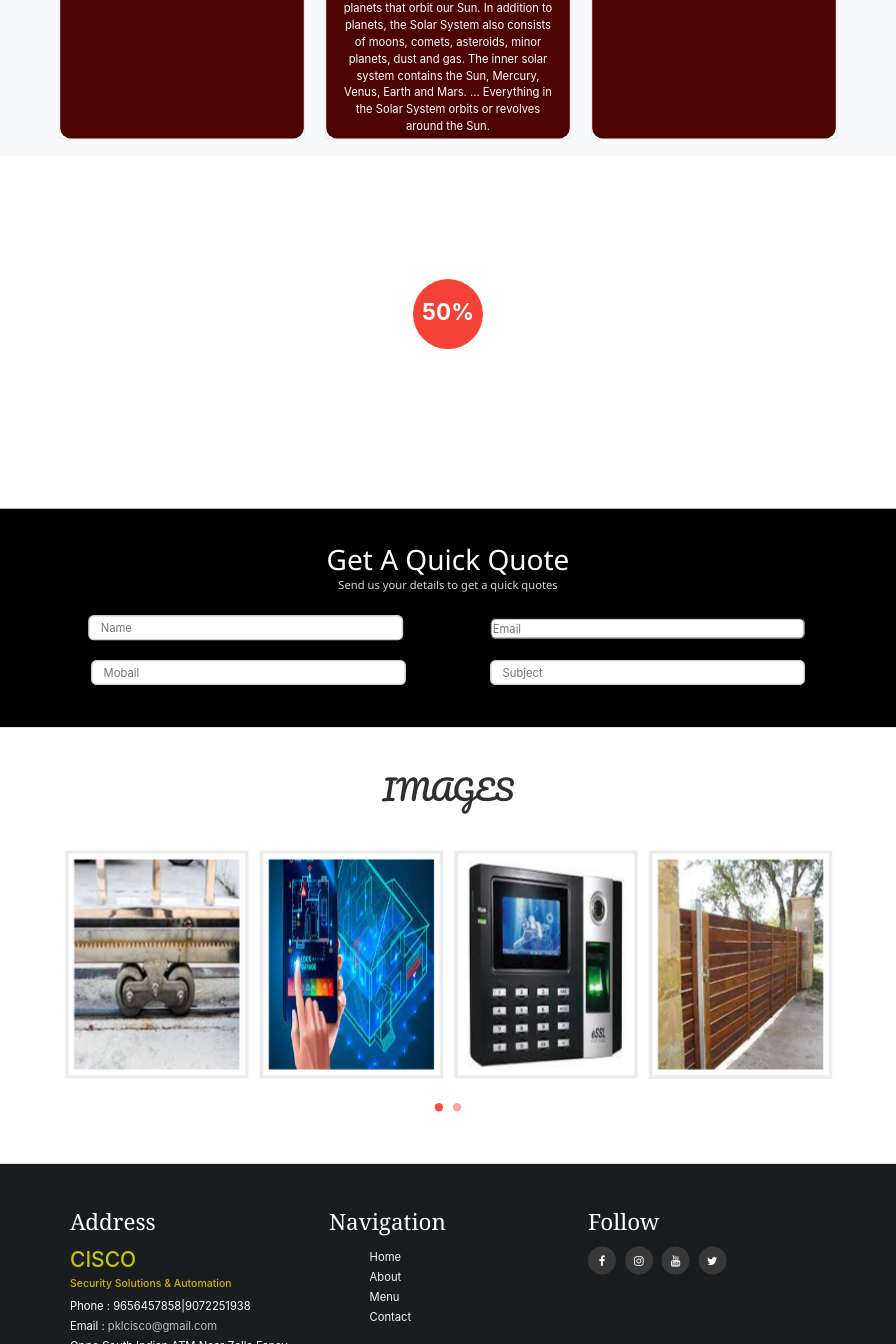
Repository: Nuhman123/Cisco
Page: index.html
These files come from the project's save history. The page is drawn as it stood at one moment and after a run of saves; the edit follows.
The browser window is 1280 px wide. The pictures show the part of the page from y = 1694 to 3614 px (the page is 3804 px tall), at 70% of full size.

Above is the page before, as saved 2021-04-10 16:23:26.

After the next 2 saves:
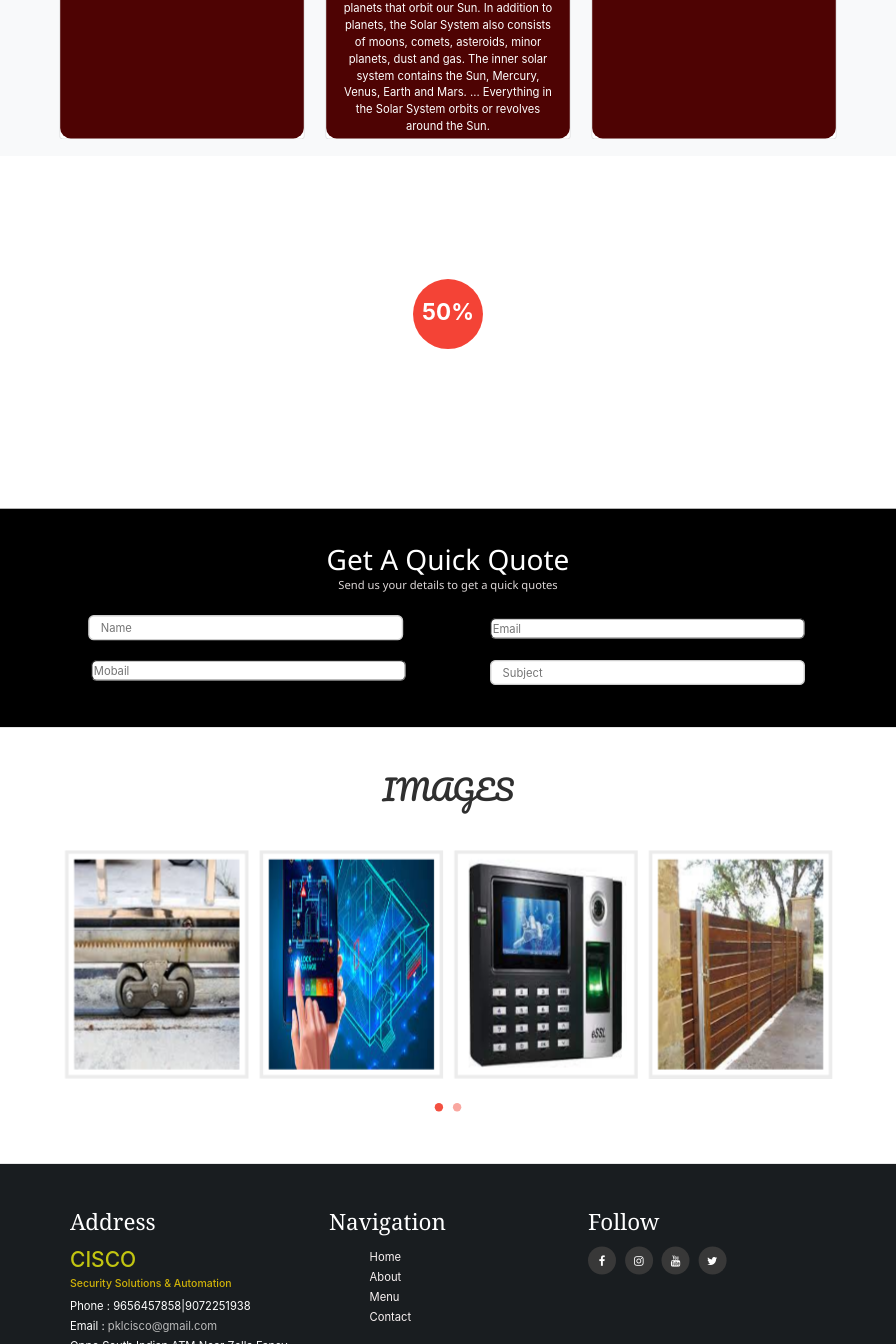
The 2 saves are shown as one change because they came seconds apart.
The last was saved 5 s later.
--- a/index.html
+++ b/index.html
@@ -330,7 +330,7 @@
 						<input type="email" placeholder="Email" style="width: 450px;background: white;margin: 4px; height: 30px;border-radius: 8px;">
 					</div>
 					<div class="col-xs-12 col-sm-12 col-md-12 col-lg-6">
-						<input type="text" placeholder="Mobail" style="width: 450px;background: white;margin: 12px; height: 30px;border-radius: 8px;">
+						<input type="tel" placeholder="Mobail" style="width: 450px;background: white;margin: 12px; height: 30px;border-radius: 8px;">
 					</div>
 					<div class="col-xs-12 col-sm-12 col-md-12 col-lg-6">
 						<input type="text" placeholder="Subject" style="width: 450px;background: white;margin: 12px; height: 30px;border-radius: 8px;">
